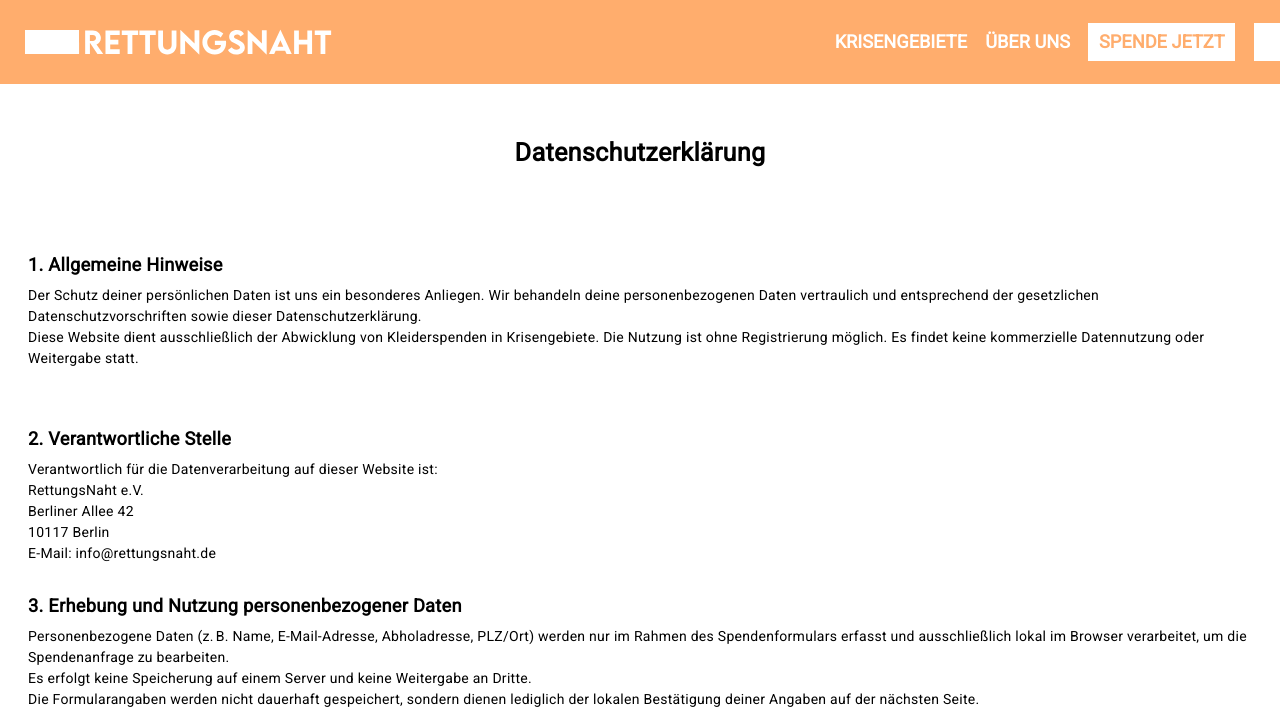
Repository: chriZVee/rettungsnaht
Page: /privacy-policy
These files come from the project's save history. The page is drawn as it stood at one moment and after the next save; the edit follows.
The browser window is 1280 px wide. The pictures show the whole page.
An inner scrolling area shows only its first screen. The project was rebuilt for these pictures with package versions that can differ from the ones it lists, and the page was loaded fresh each time. Also part of the build but not shown: vite.config.js, src/index.css, src/styles/hero.css, src/components/Hero.jsx, src/styles/form.css, src/components/form/AreaSelection.jsx, src/components/form/ContactData.jsx, src/components/form/DonationMethod.jsx and 17 more.

Above is the page before, as saved 2025-04-17 13:25:35.

### index.html
<!doctype html>
<html lang="en">

<head>
  <meta charset="UTF-8" />
  <link rel="icon" type="image/svg+xml" href="/vite.svg" />
  <meta name="viewport" content="width=device-width, initial-scale=1.0" />
  <link href="https://fonts.googleapis.com/css2?family=Roboto&display=swap" rel="stylesheet">
  <title>RETTUNGSNAHT e.V.</title>
</head>

<body>
  <div id="root"></div>
  <script type="module" src="/src/main.jsx"></script>
</body>

</html>

### src/App.jsx
import { BrowserRouter as Router, Routes, Route } from "react-router-dom";
import "./App.css";
import "./styles/global.css";
import Home from "./pages/Home";
import Confirmation from "./pages/Confirmation";
import Imprint from "./pages/Imprint";
import PrivacyPolicy from "./pages/PrivacyPolicy";

export default function App() {
  return (
    <Router>
      <Routes>
        <Route path="/" element={<Home />} />
        <Route path="/confirmation" element={<Confirmation />} />
        <Route path="/imprint" element={<Imprint />} />
        <Route path="/privacy-policy" element={<PrivacyPolicy />} />
      </Routes>
    </Router>
  );
}

### src/App.css
/* APP */
#root {
  margin: 0 auto;
}

img.seam-form {
  position: absolute;
  bottom: -4em;
  left: 0em;
  width: 120%;
  z-index: 2;
}

### src/styles/global.css
/* GLOBAL */

:root {
  /* Colors */
  --highlight: #ffad6d;
  --link-hover: #ffad6d;
  --text: #000;
  --button-unchecked: #f2f2f2;
  --button-checked: #ffad6d;
  --button-text: #fff;
  --h2: #000;
  --lightGrey: #f2f2f2;
  --warning: #ff4000;

  /* Font - not in use yet */
  --font-small: 0.8rem;
  --font-base: 1rem;
  --font-medium: 1.3rem;
  --font-ml: 1.5rem;
  --font-large: 1.8rem;
  --font-xl: 2.4rem;
  --font-xxl: 4.8rem;
  --font-h2: 2.1rem;
  --font-h1: 2.6rem;
  --font-button: 1rem;

  line-height: 1.5;
  width: auto;
}

* {
  box-sizing: border-box;
}

body,
html {
  font-size: 14px;
  font-family: "Roboto", "Segoe UI", "Helvetica Neue", sans-serif;
  background-color: white;
  /* margin reset */
  margin: 0;
  max-width: 100%;
  width: 100%;
  overflow-x: hidden;
  height: 100%;
}

@media (max-width: 480px) {
  html {
    width: fit-content;
  }
}

.header,
.footer,
.content {
  width: 100%;
}

h1,
.page-title {
  font-size: var(--font-h1);
  text-align: center;
  padding: 1.5em 0;
  font-weight: bold;
}

@media (max-width: 1440px) {
  h1,
  .page-title {
    padding: 2em 0.5em;
    font-size: var(--font-large);
  }
}

@media (max-width: 768px) {
  h1,
  .page-title {
    padding-bottom: 1em;
    font-size: var(--font-ml);
  }
}

h2 {
  font-size: var(--font-h2);
  font-weight: bold;
}

@media (max-width: 480px) {
  h2 {
    font-size: var(--font-ml);
  }
}

/* Margin Reset */
p,
h1,
h2 {
  margin: 0;
  letter-spacing: 0.02rem;
}
ul {
  padding: 0px;
}

img {
  max-width: 100%;
  height: auto;
  display: block;
}

a {
  color: white;
  text-decoration: none;
  font-weight: bold;
}

/* Centered Containers */
.container {
  max-width: 1440px;
  display: flex;
  flex-direction: column;
  margin: 0 auto;
}

/* Fieldset reset */
fieldset {
  border: none;
  padding: 0;
  margin: 0;
  min-inline-size: unset;
}

/* Hide elements */
.hidden {
  display: none !important;
}

@media (max-width: 768px) {
  .hide-on-mobile {
    display: none;
  }
}

.button {
  display: flex;
  padding: 0.5em 0.8em;
  background-color: var(--button-checked);
  cursor: pointer;
  font-weight: normal;
  transition: all 0.2s ease;
  font-size: var(--font-button);
  text-align: center;
  border: none;
  color: white;
}

.buttonized .deco {
  cursor: default;
}

.capitalize {
  text-transform: capitalize;
}

### src/pages/PrivacyPolicy.jsx
import Page from "../components/Page";
import org from "../data/org";
import "../styles/privacy-policy.css";

export default function PrivacyPolicy() {
  return (
    <Page>
      <section className="privacy-policy container">
        <h1>Datenschutzerklärung</h1>
        <div className="policy-block">
          <h2>1. Allgemeine Hinweise</h2>
          <p>
            Der Schutz deiner persönlichen Daten ist uns ein besonderes
            Anliegen. Wir behandeln deine personenbezogenen Daten vertraulich
            und entsprechend der gesetzlichen Datenschutzvorschriften sowie
            dieser Datenschutzerklärung.
          </p>

          <p>
            Diese Website dient ausschließlich der Abwicklung von Kleiderspenden
            in Krisengebiete. Die Nutzung ist ohne Registrierung möglich. Es
            findet keine kommerzielle Datennutzung oder Weitergabe statt.
          </p>
        </div>
        <div className="policy-block">
          <h2>2. Verantwortliche Stelle</h2>
          <p>
            Verantwortlich für die Datenverarbeitung auf dieser Website ist:
          </p>

          <p>{org.officialName}</p>
          <p>{org.address}</p>
          <p>
            {org.zip} {org.city}
          </p>
          <p>E-Mail: {org.email}</p>
        </div>
        <div className="policy-block">
          <h2>3. Erhebung und Nutzung personenbezogener Daten</h2>
          <p>
            Personenbezogene Daten (z. B. Name, E-Mail-Adresse, Abholadresse,
            PLZ/Ort) werden nur im Rahmen des Spendenformulars erfasst und
            ausschließlich lokal im Browser verarbeitet, um die Spendenanfrage
            zu bearbeiten.
          </p>
          <p>
            Es erfolgt keine Speicherung auf einem Server und keine Weitergabe
            an Dritte.
          </p>

          <p>
            Die Formularangaben werden nicht dauerhaft gespeichert, sondern
            dienen lediglich der lokalen Bestätigung deiner Angaben auf der
            nächsten Seite.
          </p>
        </div>
        <div className="policy-block">
          <h2>4. Cookies und Tracking</h2>

          <p>
            Diese Website verwendet keine Cookies, keine Analyse-Tools (z. B.
            Google Analytics) und keine Drittanbieter-Skripte.
          </p>
        </div>
        <div className="policy-block">
          <h2>5. Deine Rechte</h2>
          <p>
            Da keine personenbezogenen Daten gespeichert oder übertragen werden,
            entstehen dir gegenüber uns keine über das Spendenformular
            hinausgehenden Verpflichtungen.
          </p>
          <p>
            Wenn du Fragen hast, kannst du uns jederzeit per E-Mail
            kontaktieren.
          </p>
        </div>
        <div className="policy-block">
          <h2>6. Sicherheit</h2>
          <p>
            Diese Seite läuft über eine SSL-verschlüsselte Verbindung (HTTPS).
            Dadurch sind deine Eingaben vor dem Zugriff Dritter geschützt.
          </p>
        </div>
        <div className="policy-block">
          <h2>7. Änderungen</h2>
          <p>
            Wir behalten uns vor, diese Datenschutzerklärung zu aktualisieren,
            falls sich technische oder rechtliche Rahmenbedingungen ändern.
          </p>
        </div>
      </section>
    </Page>
  );
}

### src/components/Page.jsx
import Header from "./Header";
import Footer from "./Footer";
import "../styles/page.css";

export default function Page({ children }) {
  return (
    <div className="page">
      <Header />
      <div className="content wrapper">
        <div className="page-content">{children}</div>
      </div>
      <Footer />
    </div>
  );
}

### src/data/org.js
/* Company Information */
const org = {
  officialName: "RettungsNaht e.V.",
  name: "RettungsNaht",
  address: "Berliner Allee 42",
  zip: "10117",
  city: "Berlin",
  email: "info@rettungsnaht.de",
  url: "www.rettungsnaht.org",
  tel: "+49 (0)123 456789",
  ustId: "DE123456789",
  chairman: "Max Mustermann",
};

export default org;

### src/styles/privacy-policy.css
/* Privacy Policy */

section.privacy-policy {
  padding: 0 0 4.5rem 0;
}

section.privacy-policy h1 {
}
.policy-block:first-of-type {
  padding: 2rem;
}

.policy-block {
  padding: 0 2rem 0rem 2rem;
}

.policy-block h2 {
  font-size: var(--font-medium);
  padding: 2rem 0 0.5rem 0;
}

.policy-block:first-of-type h2 {
  padding-top: 0rem;
}

### src/components/Header.jsx
import { Link } from "react-router-dom";
import "../styles/header.css";
import rnLogo from "../assets/rn-logo-white.svg";

function Header() {
  return (
    <header className="header container">
      <Link to="/">
        <img
          src={rnLogo}
          className="header-image"
          alt="RettungsNaht Logo"
        ></img>
      </Link>
      <nav className="nav">
        <ul className="nav-bar">
          <li>
            <Link to="/#crisis-area-section">Krisengebiete</Link>
          </li>
          <li>
            <Link to="/#about-section">Über uns</Link>
          </li>
          <li className="buttonized">
            <Link to="/#donation-form">Spende jetzt</Link>
          </li>
          <li className="buttonized deco">&nbsp;</li>
        </ul>
      </nav>
    </header>
  );
}

export default Header;

### src/components/Footer.jsx
import org from "../data/org";
import "../styles/footer.css";
import { Link } from "react-router-dom";

export default function Footer() {
  return (
    <section className="footer container">
      <div className="footer-link-container">
        <ul className="small-gap">
          <li className="buttonized deco">&nbsp;</li>
          <li className="buttonized">
            <Link to="/#donation-form">Spende jetzt</Link>
          </li>
        </ul>
      </div>
      <div className="footer-link-container lh-small">
        <ul>
          <li>
            <Link to="/imprint">Impressum</Link>
          </li>
          <li>
            <Link to="/privacy-policy">Datenschuterklärung</Link>
          </li>
        </ul>
      </div>
      <div className="copyright-container">
        <p className="copyright-note">© 2025 {org.officialName}</p>
      </div>
    </section>
  );
}

### src/styles/page.css
/* Page */

.page .page-content {
  display: flex;
  flex-direction: column;
  min-height: 100vh;
}

.page .content {
  flex: 1;
}

### src/styles/header.css
/* Header */

.header {
  background-color: var(--highlight);
  display: flex;
  flex-direction: row;
  align-items: center;
  justify-content: space-between;
  padding: 1em 0 1em 25px;
  max-width: none;
  max-height: 84px;
}

@media (max-width: 1024px) {
  .header {
    flex-direction: column;
    max-height: none;
    padding: 1.5em 1em 0.5em 1em;
  }
}

.nav-bar {
  display: flex;
  justify-content: space-between;
  align-items: center;
  gap: 1em;
  list-style: none;
  text-transform: uppercase;
  font-size: var(--font-medium);
  text-align: center;
}
@media (max-width: 1024px) {
  .nav-bar {
    font-size: var(--font-small);
  }
}
@media (max-width: 768px) {
  .nav-bar {
    font-size: var(--font-small);
  }
}
@media (max-width: 480px) {
  .nav-bar {
    justify-content: space-evenly;
    gap: 1em;
    font-size: var(--font-small);
    flex-wrap: wrap;
  }
}

.nav-bar li.buttonized {
  background-color: white;
  color: var(--highlight);
  padding: 0.3em 0.6em;
}

.nav-bar li.buttonized a {
  color: var(--highlight);
}

@media (max-width: 480px) {
  .header li.deco {
    display: none;
  }
}

### src/styles/footer.css
/* FOOTER */

section.footer {
  display: flex;
  flex-direction: row;
  align-content: center;
  justify-content: center;
  padding: 2em 0 2.5em 0;
  max-width: none;
  max-height: 136px;
  background-color: var(--highlight);
  column-gap: 4.5em;
  row-gap: 1em;
  flex-wrap: wrap;
  font-size: var(--font-base);
}

section.footer .copyright-container {
  flex-basis: 100%;
  display: flex;
  align-content: center;
  justify-content: center;
}

.footer .copyright-note {
  color: white;
  font-size: var(--font-base);
}

.footer-link-container {
  display: flex;
  align-content: center;
  justify-content: center;
  flex-wrap: wrap;
}

.footer-link-container ul {
  display: flex;
  flex-direction: row;
  align-content: center;
  justify-content: center;
  gap: 4em;
  flex-wrap: wrap;
}

.footer li {
  display: inline-block;
}

.footer-link-container li.buttonized {
  background-color: white;
  padding: 0.3em 0.6em;
}

.footer-link-container li.buttonized a {
  color: var(--highlight);
}

.footer .small-gap {
  display: flex;
  gap: 1em;
}

@media (max-width: 768px) {
  .footer-link-container ul {
    gap: 1em;
  }
  section.footer {
    justify-content: center;
    max-height: none;
    gap: 1em 1.5em;
  }
}

@media (max-width: 480px) {
  section.footer {
    justify-content: center;
    max-height: none;
    column-gap: 1em;
    row-gap: 0;
  }
}

Loaded but not shown: src/main.jsx (common file)

After the next save:
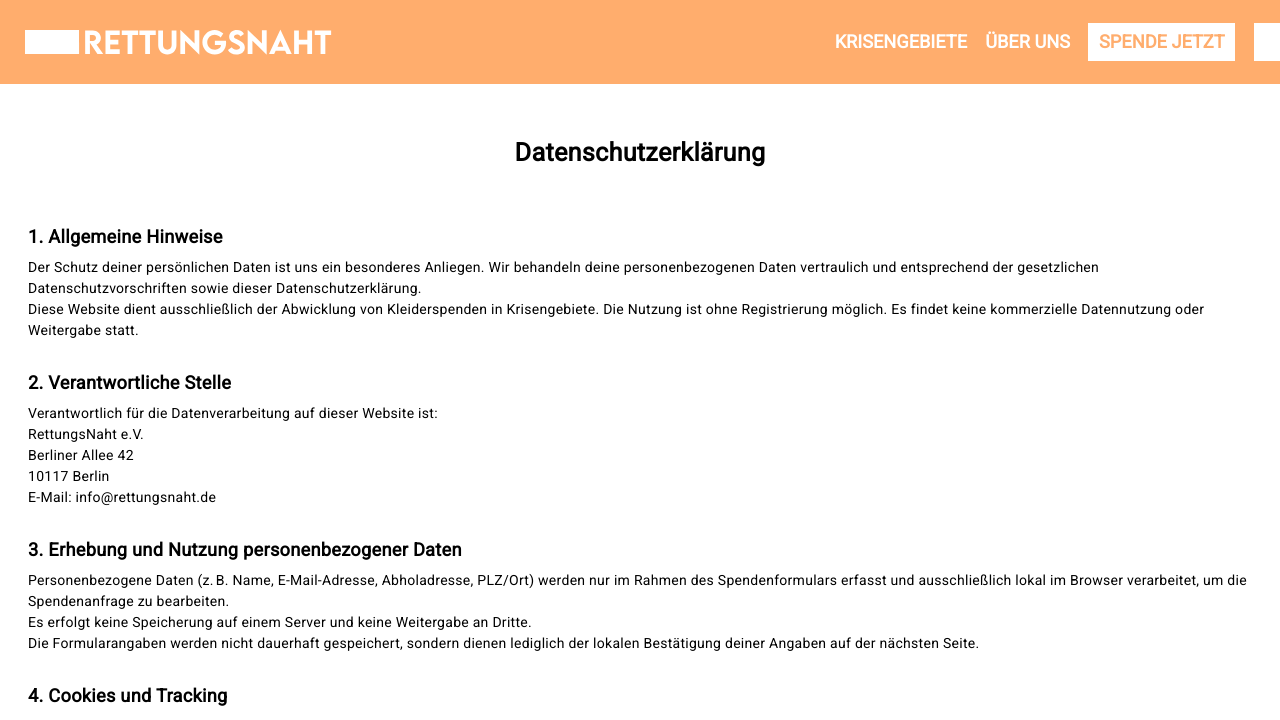
Saved 55 s later.
--- a/src/styles/privacy-policy.css
+++ b/src/styles/privacy-policy.css
@@ -5,9 +5,6 @@ section.privacy-policy {
 }
 
 section.privacy-policy h1 {
-}
-.policy-block:first-of-type {
-  padding: 2rem;
 }
 
 .policy-block {
